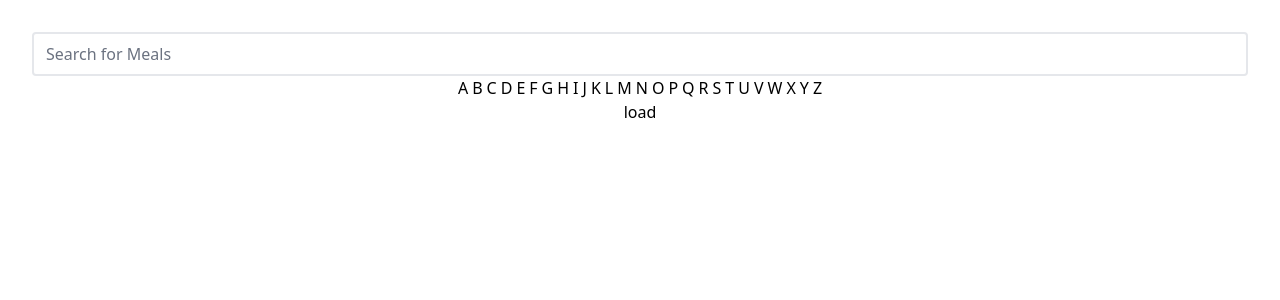
Repository: HalemX/meals
Page: /
The author's editor kept a copy of each file at every save. The page is drawn from the files as they stood at one save, then again after the next save.
The browser window is 1280 px wide. The pictures show the whole page.
The project was rebuilt for these pictures with package versions that can differ from the ones it lists, and the page was loaded fresh each time. Also part of the build but not shown: vite.config.js, src/pages/MealsList.vue.

Above is the page before, as saved 2024-02-08 15:40:10.

After the next save:
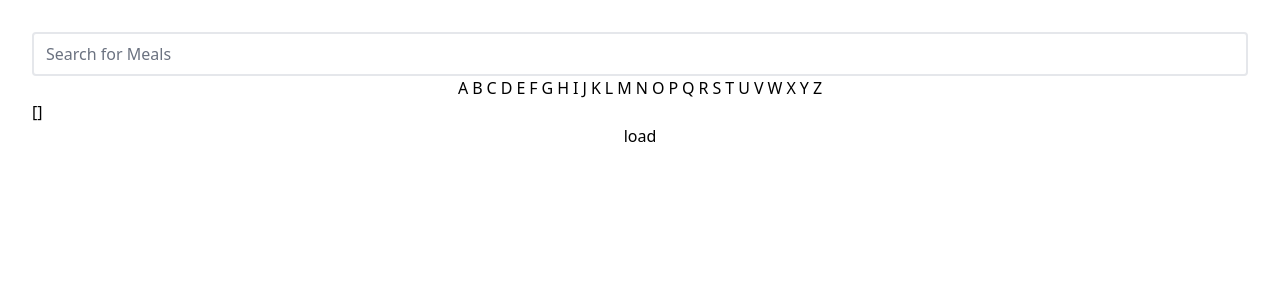
Saved 12 s later.
--- a/src/store/modules/meals/getters.js
+++ b/src/store/modules/meals/getters.js
@@ -3,5 +3,6 @@
     if (state.meals.length < 0) {
       return;
     }
+    return state.meals;
   },
 };

After the 3 saves that followed:
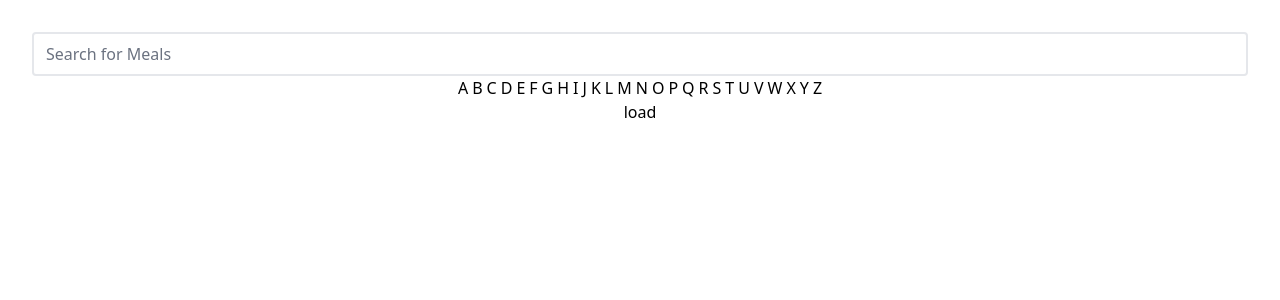
The 3 saves are shown as one change because 2 left the picture as it was.
The last was saved 60 s later.
--- a/src/store/modules/meals/getters.js
+++ b/src/store/modules/meals/getters.js
@@ -1,8 +1,8 @@
 export default {
   getMeals(state) {
     if (state.meals.length < 0) {
-      return;
+      state.meals = null;
     }
-    return state.meals;
+    // return state.meals;
   },
 };
